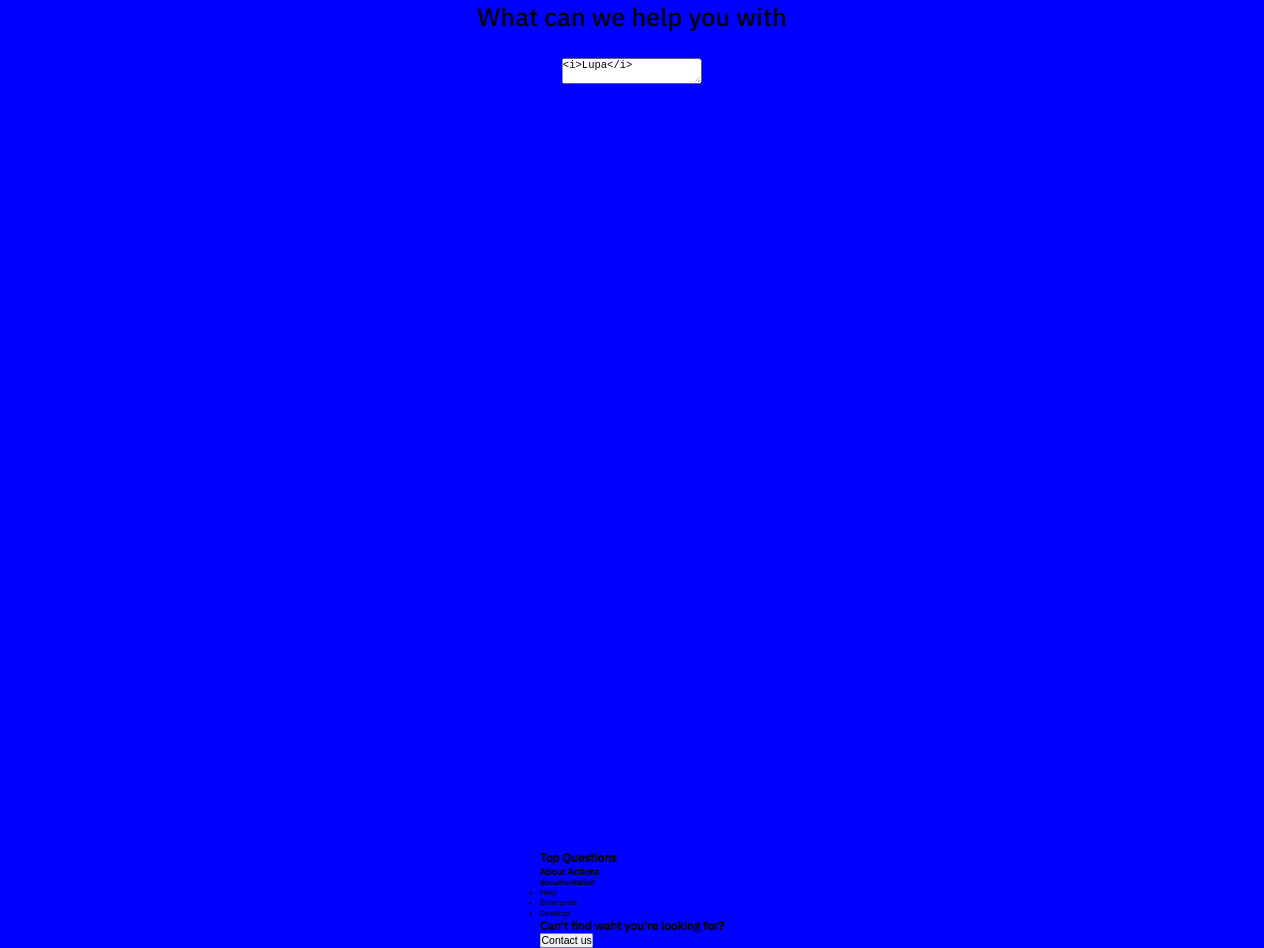
Repository: Hcmwebs/Help-Center-UI-
Page: index.html
The author's editor kept a copy of each file at every save. The page is drawn from the files as they stood at one save, then again after the next save.
The browser window is 1280 px wide. The page is 1600 px wide, so the pictures cover 1600 px, including what lies to the right of the window. The pictures show the whole page, at 79% of full size.
The style sheet was rebuilt from its Sass, Less or Tailwind sources for each picture, by a compiler version that may differ from the author's.

Above is the page before, as saved 2020-08-17 22:51:25.

### index.html
<!DOCTYPE html>
<html lang="en">
<head>
    <meta charset="UTF-8">
    <meta name="viewport" content="width=device-width, initial-scale=1.0">
    <link rel="stylesheet" href="css/styles.min.css">
    <title>Help Center</title>
</head>
<body>
    <div class="container">

        <!-- *******header****** -->
        <header>
            <h1>What can we help  you with</h1>
            <textarea name="textarea" id="textarea" ><i>Lupa</i></textarea>
        </header>

        <!-- *******card****** -->
        <div class="card">
            <!--****card-header**** -->
            <h2> Top Questions</h2>

            <!--****card-body**** -->

            <div class="card-item">
                <div class="card-head">
                    <h3>About Actions</h3>
                </div>
                <div class="card-body">
                    <h4>documentation</h4>
                    <ul>
                        <li>Help</li>
                        <li>Enterprise</li>
                        <li>Desktop</li>
                    </ul>
                </div>
            </div>


            <!--****card--footer**** -->
            <div class="card-footer">
                <h2>Can't find waht you're looking for? </h2>
                <button class="btn-primary">Contact us</button>
            </div>

        </div>
    </div>
</body>
</html>

### scss/styles.scss
@import url('https://fonts.googleapis.com/css2?family=IBM+Plex+Sans:wght@300;500&display=swap');
$font-stack:'IBM Plex Sans', sans-serif;
$bg-color:rgba(37,41,46,0.9);
$primary-color:rgba(255,255,255,0.99);

*{
    margin: 0;
    padding: 0;
    box-sizing: border-box;
}

body{
    font-family: $font-stack;
    font-size: 10px;
    background-color:$bg-color;
    display: grid;
    place-items: center;
    height: 100vh;
    width: 100%;
}

.container{
    width: 1600px;
    max-width: 100%;
    height: 1200px ;
    overflow: hidden;
    display: flex;
    flex-direction: column;
    justify-content: space-between;
    align-items: center;
    background-color:blue;
}
header{
    display: flex;
    place-items: center;
    flex-direction: column;

    h1{
            font-size: 32px;
            font-weight: 500;
            margin-bottom: 2rem;
    }

}

After the next save:
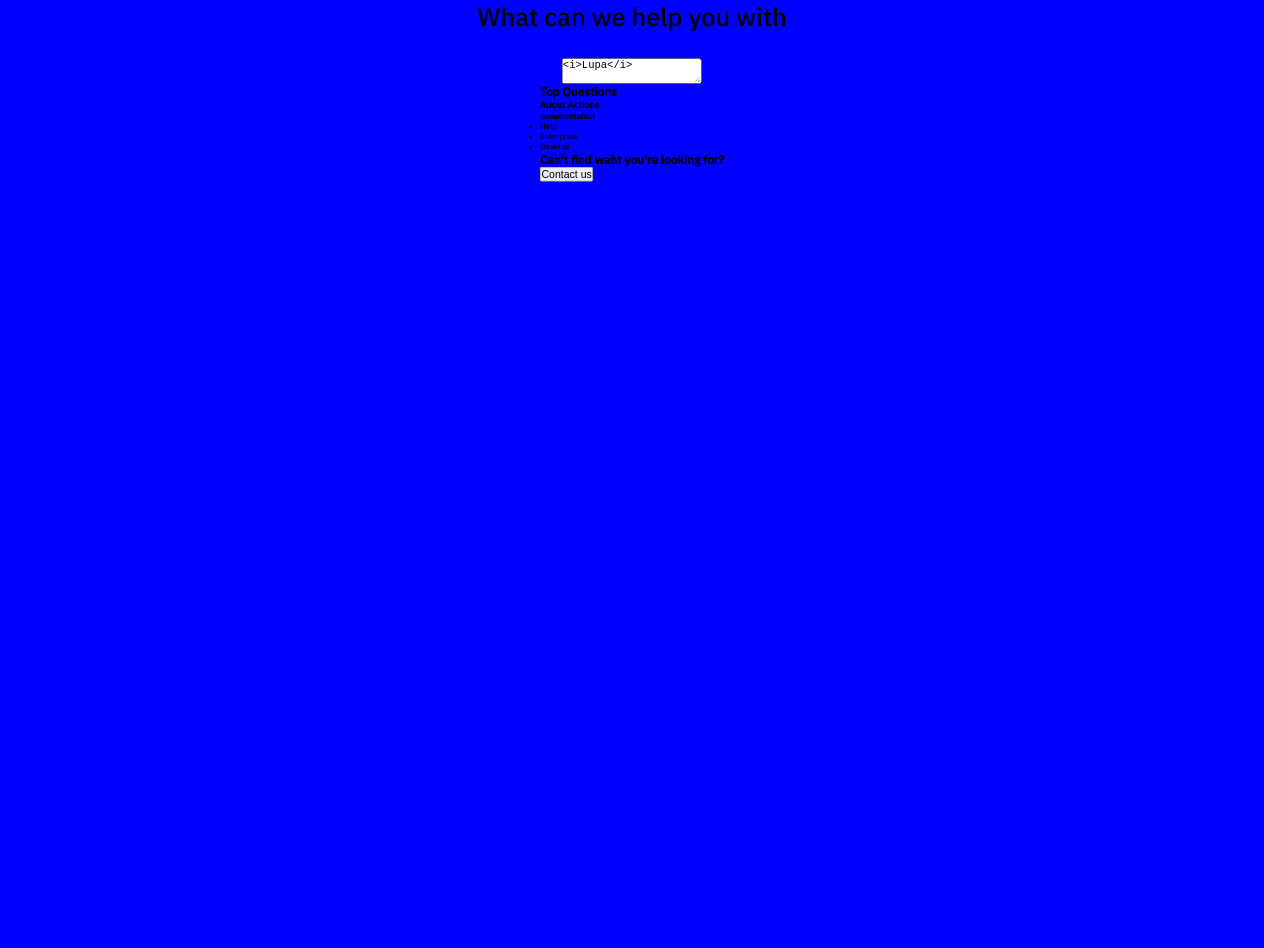
Saved 32 s later.
--- a/scss/styles.scss
+++ b/scss/styles.scss
@@ -26,7 +26,7 @@ body{
     overflow: hidden;
     display: flex;
     flex-direction: column;
-    justify-content: space-between;
+    justify-content: flex-start;
     align-items: center;
     background-color:blue;
 }
